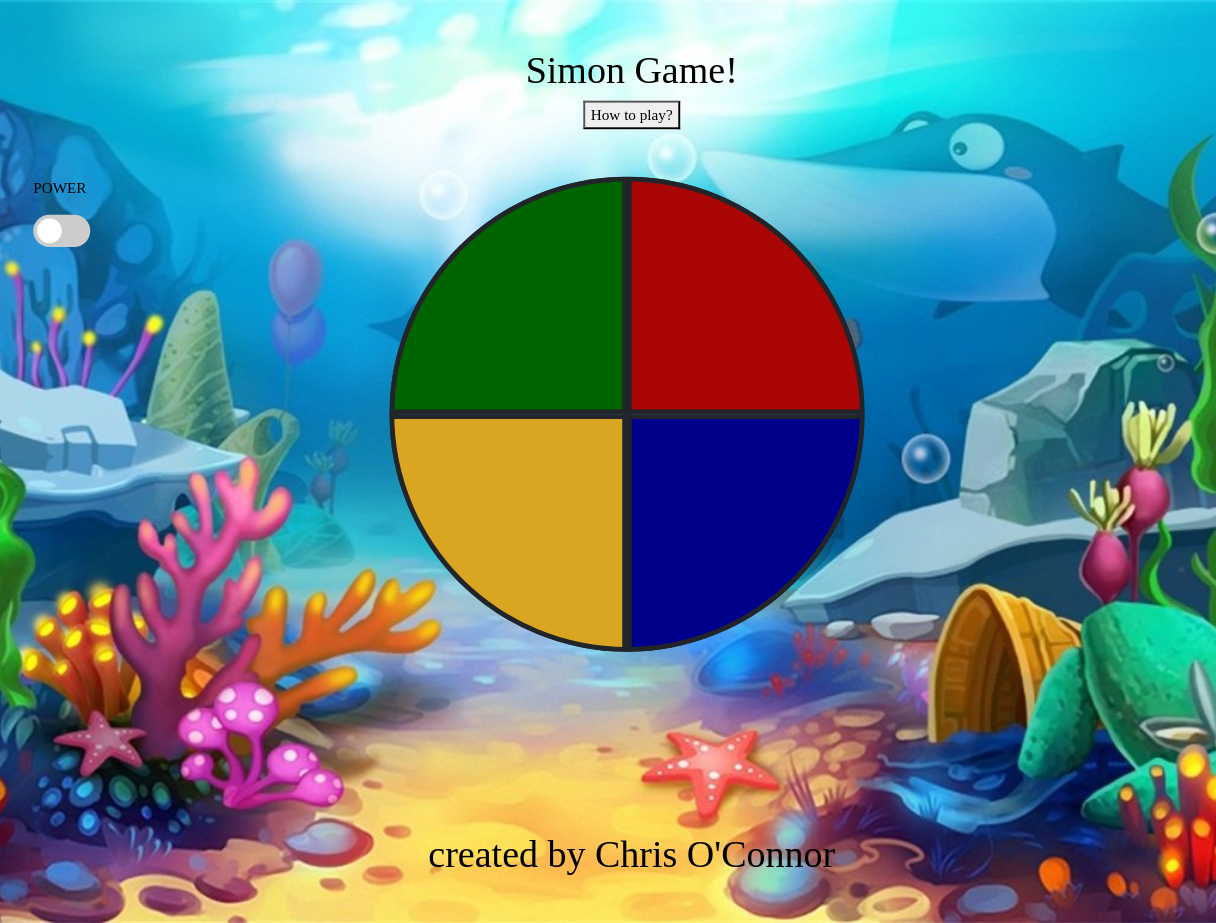
Repository: chrisoc19/SimonSays
Page: index.html
The author's editor kept a record of every edit. The page is drawn from the files as they stood at one moment, then again after the next edit.
The browser window is 1280 px wide. The pictures show the whole page, at 95% of full size.
Some web fonts or font styles are not loaded; a fallback is used.

Above is the page before.

### index.html
<!DOCTYPE html>
<html>
<html lang="en">

<head>
  <meta charset="UTF-8">
  <title>Simon Game</title>
  <meta name="viewport" content="width=device-width, initial-scale=1">
  <link href='https://fonts.googleapis.com/css?family=Original+Surfer&effect=emboss' rel='stylesheet' type='text/css'>
  <link rel="stylesheet" href="css/style.css">
  <link rel="stylesheet" href="https://stackpath.bootstrapcdn.com/bootstrap/4.3.1/css/bootstrap.min.css" integrity="sha384-ggOyR0iXCbMQv3Xipma34MD+dH/1fQ784/j6cY/iJTQUOhcWr7x9JvoRxT2MZw1T" crossorigin="anonymous">
  <script src="https://ajax.googleapis.com/ajax/libs/jquery/3.4.1/jquery.min.js"></script>
</head>

<body>


  <div class="container-fluid">
    <div class="row">
      <div class="col text text-box mobile-margin visible-xs ">
        <h1>Simon Game!</h1>
        <!-- Trigger/Open The Modal -->
        <button id="myBtn">How to play?</button>

        <!-- The Modal -->
        <div id="myModal" class="modal">

          <!-- Modal content -->
          <div class="modal-content">
            <span class="close">&times;</span>
            <p>To begin click on the Power button</p>
            <p>Get ready to watch, remember, repeat! </p>
            <p>Click Start when ready to play..</p>
            <p>If strict mode is enabled you only get one guess so be careful!!...</p>
          </div>

        </div>

      </div>

    </div>


    <div class="row">
      <div class="col-sm-2 switches-wrapper">
        <div class="switches">

          <p class="newButtons">POWER</p>
          <label class="switch">
  <input type="checkbox" class="switch" id="on">
  <span class="slider round"></span>
</label>

          <div class="remove d-none">

            <div id="turn"></div>
            <div class="text2">
              COUNT
            </div>


            <div class="button-container">
              <button class="button" id="start">Start</button>
            </div>


            <p class="newButtons ">STRICT</p>
            <label class="switch">
  <input type="checkbox" class="switch " id="strict">
  <span class="slider round"></span>
</label>

          </div>

        </div>

      </div>
      <div class="col-sm-8">
        <div class="circle">
          <div id="topleft"></div>
          <div id="topright"></div>
          <div id="bottomleft"></div>
          <div id="bottomright"></div>
        </div>
      </div>

    </div>
  </div>

  <div class="container-fluid">
    <div class="row">
      <div class="col footer  mobile-margin visible-xs">
        <h1 class="footer-text">created by Chris O'Connor</h1>


      </div>

    </div>









    <script src="js/index.js"></script>

</body>

</html>

### css/style.css

body {
  margin : 0;
  background-image: url("../img/sea.2.jpg");
  background-position: center;
  background-repeat: no-repeat;
  background-size: cover;

}

/* The Modal (background) */
.modal {
  display: none; /* Hidden by default */
  position: fixed; /* Stay in place */
  z-index: 1; /* Sit on top */
  left: 0;
  top: 0;
  width: 100%; /* Full width */
  height: 100%; /* Full height */
  overflow: auto; /* Enable scroll if needed */
  background-color: rgb(0,0,0); /* Fallback color */
  background-color: rgba(0,0,0,0.4); /* Black w/ opacity */
}
/* -----------------------------------------------------  Modal */
/* Modal Content/Box */
.modal-content {
  background-color: #fefefe;
  margin: 15% auto; /* 15% from the top and centered */
  padding: 20px;
  border: 1px solid #888;
  width: 80%; /* Could be more or less, depending on screen size */
}

/* The Close Button */
.close {
  color: #aaa;
  float: right;
  font-size: 28px;
  font-weight: bold;
}

.close:hover,
.close:focus {
  color: black;
  text-decoration: none;
  cursor: pointer;
}
/* -----------------------------------------------------Footer */
.mobile-margin{
  margin-left: 50px;
}
.footer-text{
  margin-top: 150px;
}
.footer{
  margin-top: 40px;
  margin-bottom: 40px;
  font-family: 'Original Surfer', cursive;
  text-align: center;
  color: black;
}
@media only screen and (min-width: 315px) {
 .footer {
    margin-bottom: 40px;
  }
}
@media only screen and (min-width: 768px) {
 .footer {
    margin-bottom: 40px;
  }
}
/* -----------------------------------------------------Simon game Text */
.text {
  font-family: 'Original Surfer', cursive;

  text-align: center;
  color: black;
}

.text-box {
  margin-top: 50px;
  margin-bottom: 50px;

  background-color: rgba(0, 123, 255, 0);
}

.newButtons{
  font-family: 'Original Surfer', cursive;

  width: 65px;
  color: black;
}


/* ----------------------------------------------------- Switches */
.switches-wrapper {
  margin-left: 20px;
   background-color: rgba(0, 123, 255, 0);
}





/* The switch - the box around the slider */

.switch {
  position: relative;
  display: inline-block;
  width: 60px;
  height: 34px;
}

/* Hide default HTML checkbox */

.switch input {
  opacity: 0;
  width: 0;
  height: 0;
}

/* The slider */

.slider {
  position: absolute;
  cursor: pointer;
  top: 0;
  left: 0;
  right: 0;
  bottom: 0;
  background-color: #ccc;
  -webkit-transition: .4s;
  transition: .4s;
}

.slider:before {
  position: absolute;
  content: "";
  height: 26px;
  width: 26px;
  left: 4px;
  bottom: 4px;
  background-color: white;
  -webkit-transition: .4s;
  transition: .4s;
}

input:checked+.slider {
  background-color: #2196F3;
}

input:focus+.slider {
  box-shadow: 0 0 1px #2196F3;
}

input:checked+.slider:before {
  -webkit-transform: translateX(26px);
  -ms-transform: translateX(26px);
  transform: translateX(26px);
}

/* Rounded sliders */

.slider.round {
  border-radius: 34px;
}

.slider.round:before {
  border-radius: 50%;
}

.toggle {
  margin-left: 20px;
  margin-right: 20px;
}


.button {
  -webkit-transition-duration: 0.4s;
  /* Safari */
  transition-duration: 0.4s;
 font-family:  'Original Surfer', cursive;
}

.button:hover {
  background-color: #4CAF50;
  /* Green */
  color: white;
}

.button-container {
  margin-bottom: 10px;

}


/* -----------------------------------------------------Counter */
.text2 {
  position: absolute;
  font-family: 'Original Surfer', cursive;
  margin-top: 170px;
  margin-bottom: 50px;
  margin-right: 100px;
}



#turn {
  position: absolute;
  background: rgba(0,123,255,.5);
  /*background: #330000;*/
  color: red;
  font-family: courier;
  font-size: 20px;
  height: 30px;
  width: 50px;

  margin-top: 130px;
  margin-left: 5px;
  text-align: center;

  line-height: 30px;
}

/*------------------------------------------------- circle */

.circle {

  background: #385a94;
  border-radius: 50%;
  height: 500px;
  width: 500px;
  position: relative;
  border-style: solid;
  border-width: 10px;
  margin: auto;


}

#topleft {
  position: absolute;
  height: 250px;
  width: 250px;
  border-radius: 250px 0 0 0;
  -moz-border-radius: 250px 0 0 0;
  -webkit-border-radius: 250px 0 0 0;
  background: darkgreen;
  top: 50%;
  left: 50%;
  margin: -250px 0px 0px -250px;
  border-style: solid;
  border-width: 5px;
  box-sizing: border-box;
  -moz-box-sizing: border-box;
  -webkit-box-sizing: border-box;
}

#topright {
  position: absolute;
  height: 250px;
  width: 250px;
  border-radius: 0 250px 0 0;
  -moz-border-radius: 0 250px 0 0;
  -webkit-border-radius: 0 250px 0 0;
  background: #a90505;
  top: 50%;
  left: 50%;
  margin: -250px 0px 0px 0px;
  border-style: solid;
  border-width: 5px;
  box-sizing: border-box;
  -moz-box-sizing: border-box;
  -webkit-box-sizing: border-box;
}

#bottomleft {
  position: absolute;
  height: 250px;
  width: 250px;
  border-radius: 0 0 0 250px;
  -moz-border-radius: 0 0 0 250px;
  -webkit-border-radius: 0 0 0 250px;
  background: goldenrod;
  top: 50%;
  left: 50%;
  margin: 0px -250px 0px -250px;
  border-style: solid;
  border-width: 5px;
  box-sizing: border-box;
  -moz-box-sizing: border-box;
  -webkit-box-sizing: border-box;
}

#bottomright {
  position: absolute;
  height: 250px;
  width: 250px;
  border-radius: 0 0 250px 0;
  -moz-border-radius: 0 0 250px 0;
  -webkit-border-radius: 0 0 250px 0;
  background: darkblue;
  top: 50%;
  left: 50%;
  margin: 0px 0px -250px 0px;
  border-style: solid;
  border-width: 5px;
  box-sizing: border-box;
  -moz-box-sizing: border-box;
  -webkit-box-sizing: border-box;
}

### js/index.js
let order = [];
let playerOrder = [];
let flash;
let turn;
let good;
let compTurn;
let intervalId;
let strict = false;
let start = false;
let noise = true;
let on = false;
let win;

let oneNoise = new Audio('sounds/drop.mp3');
let twoNoise = new Audio('sounds/pop.mp3');
let threeNoise = new Audio('sounds/seagull.ogg');
let fourNoise = new Audio('sounds/radar.wav');
let startNoise = new Audio('sounds/startSound.ogg');
let offNoise = new Audio('sounds/off.ogg');
let winNoise = new Audio('sounds/winSound.wav');
let strictNoise = new Audio('sounds/b1.wav');


const turnCounter = document.querySelector("#turn");
const topLeft = document.querySelector("#topleft");
const topRight = document.querySelector("#topright");
const bottomLeft = document.querySelector("#bottomleft");
const bottomRight = document.querySelector("#bottomright");
const strictButton = document.querySelector("#strict");
const onButton = document.querySelector("#on");
const startButton = document.querySelector("#start");

//--------------------------------------------------------------- onButton
// Get the modal
var modal = document.getElementById("myModal");

// Get the button that opens the modal
var btn = document.getElementById("myBtn");

// Get the <span> element that closes the modal
var span = document.getElementsByClassName("close")[0];

// When the user clicks on the button, open the modal
btn.onclick = function() {
  modal.style.display = "block";
}

// When the user clicks on <span> (x), close the modal
span.onclick = function() {
  modal.style.display = "none";
}

// When the user clicks anywhere outside of the modal, close it
window.onclick = function(event) {
  if (event.target == modal) {
    modal.style.display = "none";
  }
}
//--------------------------------------------------------------- onButton

$('#on').click(function() {
    $('.remove').removeClass('d-none');
    $('.add').addClass('d-none');
})

onButton.addEventListener('click', (event) => {
    if (onButton.checked == true) {
        on = true;
        turnCounter.innerHTML = "-";
        startSound();
        flashColor();
        setTimeout(() => {
            clearColor();
        }, 800);
    }
    else {
        on = false;
        turnCounter.innerHTML = "Bye";
        setTimeout(() => {
            turnCounter.innerHTML = "";
        }, 1000);
        clearInterval(intervalId);
        off();
        flashColor();
        setTimeout(() => {
            clearColor();
        }, 800);
        setTimeout(() => {
            document.location.reload(true);
        }, 200);

    }

});

function startSound() {
    if (noise) {
        startNoise.play();
    }
    noise = true;

}

function off() {
    if (noise) {
        offNoise.play();
    }
    noise = true;

}
//---------------------------------------------------------------startButton
startButton.addEventListener('click', (event) => {
    if (on || win) {
        play();
        start = true;
    }
    if (onButton.checked == false) {
        startButton = 'unclick';
        start = false;

    }

});

//--------------------------------------------------------------- strictButton


strictButton.addEventListener('change', (event) => {
    if (onButton.checked == false) {
        document.getElementById("#strict").disabled = true;

    }
    if (strictButton.checked == true) {
        strict = true;
        strictSound();
        clearInterval(intervalId);
        turnCounter.innerHTML = "-";
        flashColor();
        setTimeout(() => {
            clearColor();
        }, 800);

    }
    else {
        strict = false;
        strictSound();
        clearInterval(intervalId);
        turnCounter.innerHTML = "-";
        flashColor();
        setTimeout(() => {
            clearColor();
        }, 800);

    }
});

function strictSound() {
    if (noise) {
        strictNoise.play();
    }
    noise = true;

}
//---------------------------------------------------------------play()
function play() {
    win = false;
    order = [];
    playerOrder = [];
    flash = 0;
    intervalId = 0;
    turn = 1;
    turnCounter.innerHTML = 1;
    good = true;
    for (var i = 0; i < 20; i++) {
        order.push(Math.floor(Math.random() * 4) + 1);
    }
    compTurn = true;

    intervalId = setInterval(gameTurn, 800);
}
//---------------------------------------------------------------GameTurn  ()
function gameTurn() {
    on = false;

    if (flash == turn) {
        clearInterval(intervalId);
        compTurn = false;
        clearColor();
        on = true;
    }

    if (compTurn) {
        clearColor();
        setTimeout(() => {
            if (order[flash] == 1) one();
            if (order[flash] == 2) two();
            if (order[flash] == 3) three();
            if (order[flash] == 4) four();
            flash++;
        }, 200);
    }
}
//--------------------------------------------------------------- Function 1 - 4
function one() {
    if (noise) {
        oneNoise.play();
    }
    noise = true;
    topLeft.style.backgroundColor = "lightgreen";
}

function two() {
    if (noise) {
        twoNoise.play();
    }
    noise = true;
    topRight.style.backgroundColor = "tomato";
}

function three() {
    if (noise) {
        threeNoise.play();
    }
    noise = true;
    bottomLeft.style.backgroundColor = "yellow";
}

function four() {
    if (noise) {
        fourNoise.play();
    }
    noise = true;
    bottomRight.style.backgroundColor = "lightskyblue";
}
//---------------------------------------------------------------clear color
function clearColor() {
    topLeft.style.backgroundColor = "darkgreen";
    topRight.style.backgroundColor = "darkred";
    bottomLeft.style.backgroundColor = "goldenrod";
    bottomRight.style.backgroundColor = "darkblue";
}
//---------------------------------------------------------------  flash Colors
function flashColor() {
    topLeft.style.backgroundColor = "lightgreen";
    topRight.style.backgroundColor = "tomato";
    bottomLeft.style.backgroundColor = "yellow";
    bottomRight.style.backgroundColor = "lightskyblue";
}
//---------------------------------------------------------------Click Events
topLeft.addEventListener('click', (event) => {
    if (on && start) {
        playerOrder.push(1);
        check();
        one();
        if (!win) {
            setTimeout(() => {
                clearColor();
            }, 300);
        }
    }

});

topRight.addEventListener('click', (event) => {
    if (on && start) {
        playerOrder.push(2);
        check();
        two();
        if (!win) {
            setTimeout(() => {
                clearColor();
            }, 300);
        }
    }
});

bottomLeft.addEventListener('click', (event) => {
    if (on && start) {
        playerOrder.push(3);
        check();
        three();
        if (!win) {
            setTimeout(() => {
                clearColor();
            }, 300);
        }
    }

});

bottomRight.addEventListener('click', (event) => {
    if (on && start) {
        playerOrder.push(4);
        check();
        four();
        if (!win) {
            setTimeout(() => {
                clearColor();
            }, 300);
        }
    }
});
//---------------------------------------------------------------Check()
function check() {
    if (playerOrder[playerOrder.length - 1] !== order[playerOrder.length - 1])
        good = false;

    if (playerOrder.length == 3 && good) {
        winGame();
    }
    if (good == false) {
        turnCounter.innerHTML = "NO!";
        setTimeout(() => {
            turnCounter.innerHTML = turn;
            clearColor();

            if (strict) {
                play();
            }
            else {
                compTurn = true;
                flash = 0;
                playerOrder = [];
                good = true;
                intervalId = setInterval(gameTurn, 800);
            }
        }, 800);
        noise = false;
    }
    if (turn == playerOrder.length && good && !win) {
        turn++;
        playerOrder = [];
        compTurn = true;
        flash = 0;
        turnCounter.innerHTML = turn;
        intervalId = setInterval(gameTurn, 800);
    }
}
//---------------------------------------------------------------winGame
function winGame() {
    flashColor();
    winSound();
    turnCounter.innerHTML = "win!";
    on = false;
    win = true;
}

function winSound() {
    if (noise) {
        winNoise.play();
    }
    noise = true;

}

After the next edit:
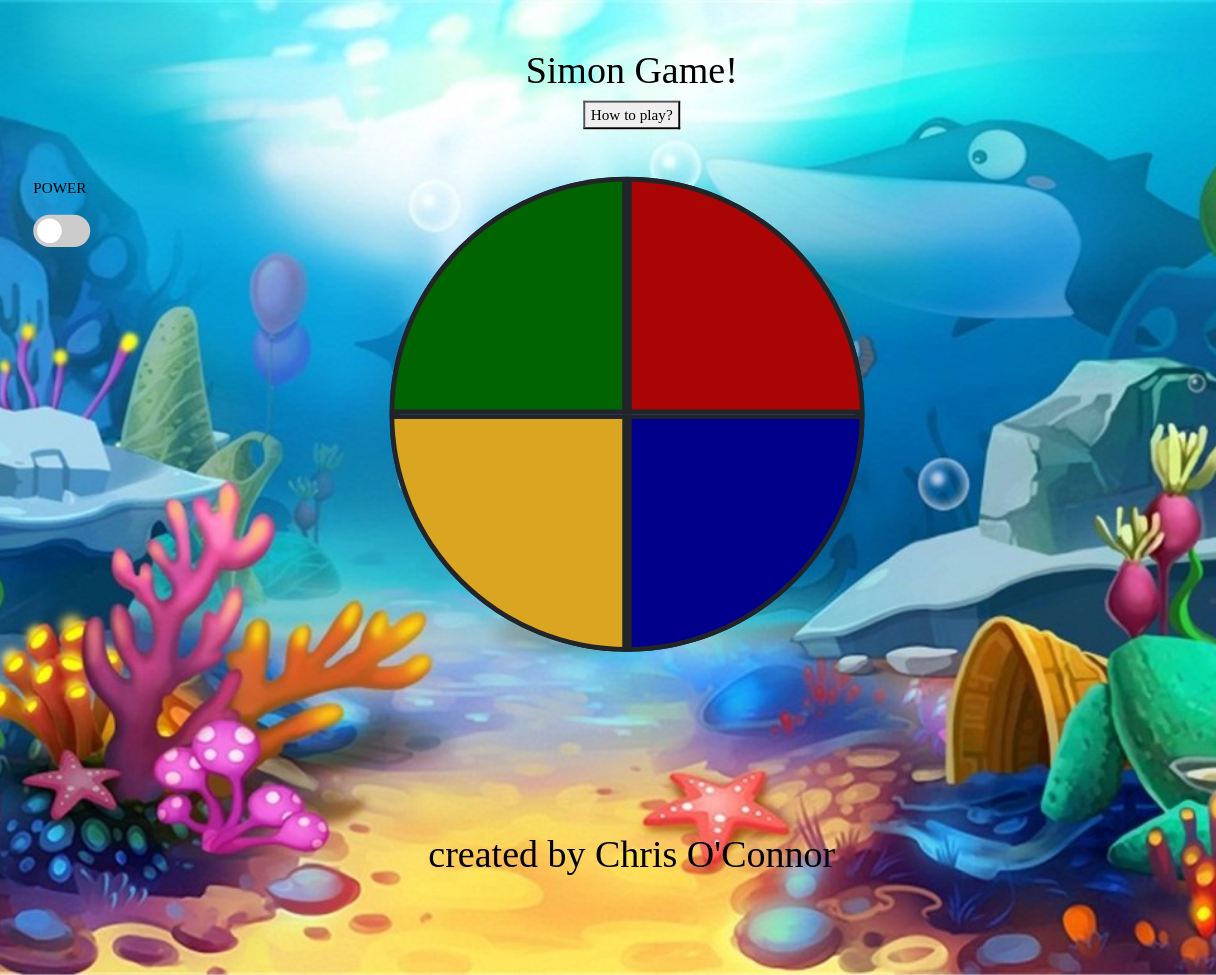
The edit:
--- a/css/style.css
+++ b/css/style.css
@@ -66,7 +66,7 @@
 }
 @media only screen and (min-width: 768px) {
  .footer {
-    margin-bottom: 40px;
+    margin-bottom: 94px;
   }
 }
 /* -----------------------------------------------------Simon game Text */
